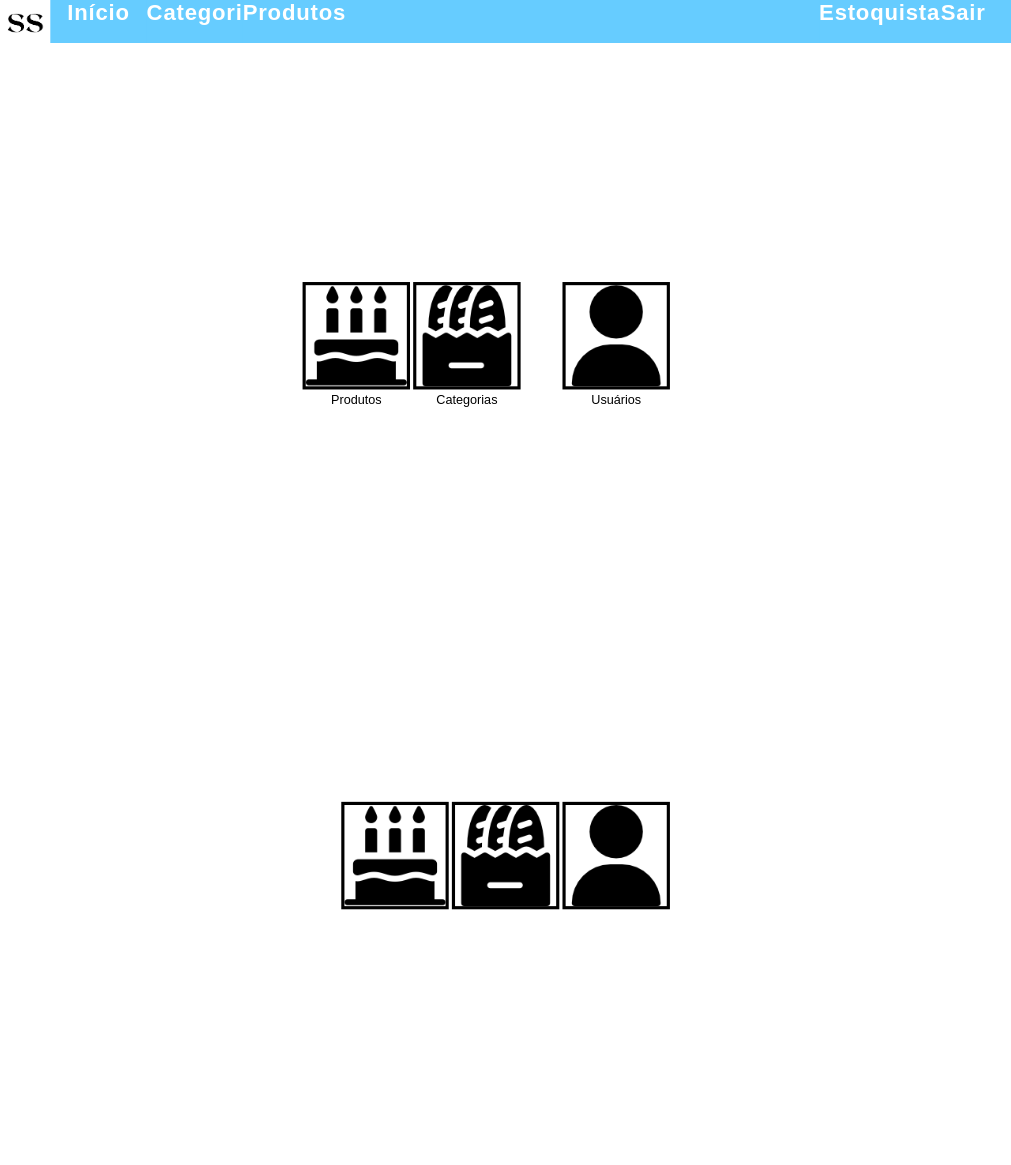
Repository: FaculdadeSenaiJoinville/PiMichelBaade
Page: ProjetoIndividual/WebContent/pages/estoquista/estoquistaInicio.html
These files come from the project's save history. The page is drawn as it stood at one moment and after the next save; the edit follows.
The browser window is 1280 px wide. The pictures show the whole page, at 79% of full size.

Above is the page before, as saved 2021-08-19 00:57:43.

### ProjetoIndividual/WebContent/pages/estoquista/estoquistaInicio.html
<!DOCTYPE html>
<html>
<head>
<meta charset="UTF-8">
	<meta name="description" content="Site da Software dos Sonhos">
	<meta name="keywords" content="Padaria, Software, Sonhos">
	<meta name="author" content="Michel Baade">
	<meta name="viewport" content="width=device-width, initial-scale=1.0">
<title>Software dos Sonhos</title>
<link rel="stylesheet" type="text/css" href="../../css/admin.css">
<script src="https://code.jquery.com/jquery-3.6.0.min.js" integrity="sha256-/xUj+3OJU5yExlq6GSYGSHk7tPXikynS7ogEvDej/m4=" crossorigin="anonymous"></script>
<script src="../../js/estoquista.js"></script>
</head>
<body>
<header></header>



<section>
			<table class="bloco">
				<tr>
					<td><img src="../../imgs/produtos.png" alt="Logo da Software dos Sonhos"><br>
						<a>Produtos</a></td>


						<td><img src="../../imgs/categorias.png" alt="Logo da Software dos Sonhos"><br>
						<a>Categorias</a></td>

					<td class="blococaixa"><img src="../../imgs/usuarios.png"
						alt="Logo da Software dos Sonhos"><br>
						<a>Usuários</a>
						</td>

				</tr>
			</table>
</section>


<section>
<div class="cent">
<img src="../../imgs/produtos.png" alt="Logo da Software dos Sonhos">
<img src="../../imgs/categorias.png" alt="Logo da Software dos Sonhos">
<img src="../../imgs/usuarios.png" alt="Logo da Software dos Sonhos">
</div>

</section>


</body>
</html>

### ProjetoIndividual/WebContent/css/admin.css
@charset "UTF-8";

body{
	margin: 0 auto;
	font-family: "Century Gothic", sans-serif;
}

header{
	height: 55px;
	width: 100%;
	background-color: #66ccff;
	position: sticky;
	position: -webkit -sticky;
	top: 0px;
}

header img{
	float: left;
	height: 55px;
	width: 5%;
}

nav{
	clear: both;
	width: 95%;
	height: 100%;
	display: inline-block;

}

nav a{
	color: white;
	font-weight: bold;
	letter-spacing: 1px;
	text-decoration: none;
	text-align: center;
	margin: auto;
}

nav .opcao{
	float: left;
	width: 10%;
	background-color: #66ccff;
	margin: auto;
	font-size: 28px;
	height: 100%;
	text-align: center;
}

nav .opcao:hover{
	background-color: #008eb6;
}

.blococaixa{
	padding: 50px;
}
.blocoestoquista{
	padding: 50px;
}

nav .direita{
	float: right;
}

.dropdown{
	position: relative;
	display: inline-block;
}

.dropdown-content{
	display: none;
	position: absolute;
	background-color: #66ccff;
	z-index: 1;
	width: 100%;
}

.dropdown-content a{
	display: block;
}


.dropdown-content a:hover{
	background-color: 83afd3;
}

.dropdown:hover .dropdown-content{
	display: block;
}

.bloco{
	text-align: center;
	margin: 0px auto;
}
.baixo{
	padding-left: 60px;
}

section{
	clear: both;
	min-height: 460px;
	width: 100%;
	margin-top: 250px;
	text-align: center;

}

section img{
	border:4px solid #000;
}

.frmInserir, .frmFiltrar{
	margin: 0px auto;
	margin-bottom: 10px;
}


.frmInserir{
	width: 600px;
}

.frmFiltrar{
	width: 350px;
}

.frmInserir label{
	width: 200px;
}

.frmInserir input{
	width: 300px;
	padding: 2px 0;
}

.frmInserir button, .frmFiltrar{
	width: 100px;
	margin: 0 1%;
	background-color: #66ccff;
	font-weight: bold;
	font-size: 16px;
}

.frmInserir .aviso{
	background-color: #ff0000;
	color: #fff;
	font-weight: bold;
}

.listaRegistros{
	margin-bottom: 10px;
}

.listaRegistros table{
	border: 1px solid #000;
	border-collapse: collapse;
	margin: 0 auto;
	min-width: 50%;
}

.listaRegistros table th{
	text-align: center;
	font-size: 18px;
	font-weight: bold;
	color: #fff;
	padding: 0 5px;
	border: transparent;
}

.listaRegistros tr, .listaRegistros td, .listaRegistros th{
	border: 1px solid #B0C4DE;
	padding: 0px 5px;
}

.listaRegistros tr, .listaRegistros td{
	font-size: 16px;
}

.listaRegistros tr:nth-child(even){
	background-color: #b1ccf5;
}

.listaRegistros tr:nth-child(odd){
	background-color: #83afd3;
}

.listaRegistros .acoes{
	width: 70px;
}

.listaRegistros table img{
	padding: 0 5px;
	width: 20px;
	height: 20px;
	cursor: pointer;
}

### ProjetoIndividual/WebContent/js/estoquista.js
SONHOS = new Object();

$(document).ready(function() {
	SONHOS.PATH = "/ProjetoIndividual/rest/";
	$("header").load("/ProjetoIndividual/pages/estoquista/general/header.html");
	$("footer").load("/ProjetoIndividual/pages/estoquista/general/footer.html");


	SONHOS.carregaPagina = function(pagename){

		if($(".ui-dialog"))
			$(".ui-dialog").remove();

		$("section").empty();

		$("section").load(pagename+"/", function(response, status, info) {
			if(status == "error"){
				var msg = "Houve um erro ao encontrar a página: "+ info.status +" - " + info.statusText;
				$("section").html(msg);
			}
		});
	}

	SONHOS.exibirAviso = function(aviso){
		var modal = {
			title: "Mensagem",
			height: 250,
			width: 400,
			modal: true,
			buttons: {
				"OK": function(){
					$(this).dialog("close");
				}
			}
		};
		$("#modalAviso").html(aviso);
		$("#modalAviso").dialog(modal);
	};



});

SONHOS.formatarDinheiro = function(valor){
	return valor.toFixed(2).replace('.',',').replace(/(\d)(?=(\d{3})+\,)/g, "$1.");
}

### ProjetoIndividual/WebContent/pages/estoquista/general/header.html
<img src="../../imgs/logomenor.png" alt="Logo da Software dos Sonhos" id="logomenor">
<nav>
<a href="#"><div class="opcao">Início</div></a>
<a href="#"><div class="opcao">Categorias</div></a>
<a href="#"><div class="opcao">Produtos</div></a>
<a href="#"><div class="opcao direita">Sair</div></a>
<a href="#"><div class="opcao direita">Estoquista</div></a>
</nav>

After the next save:
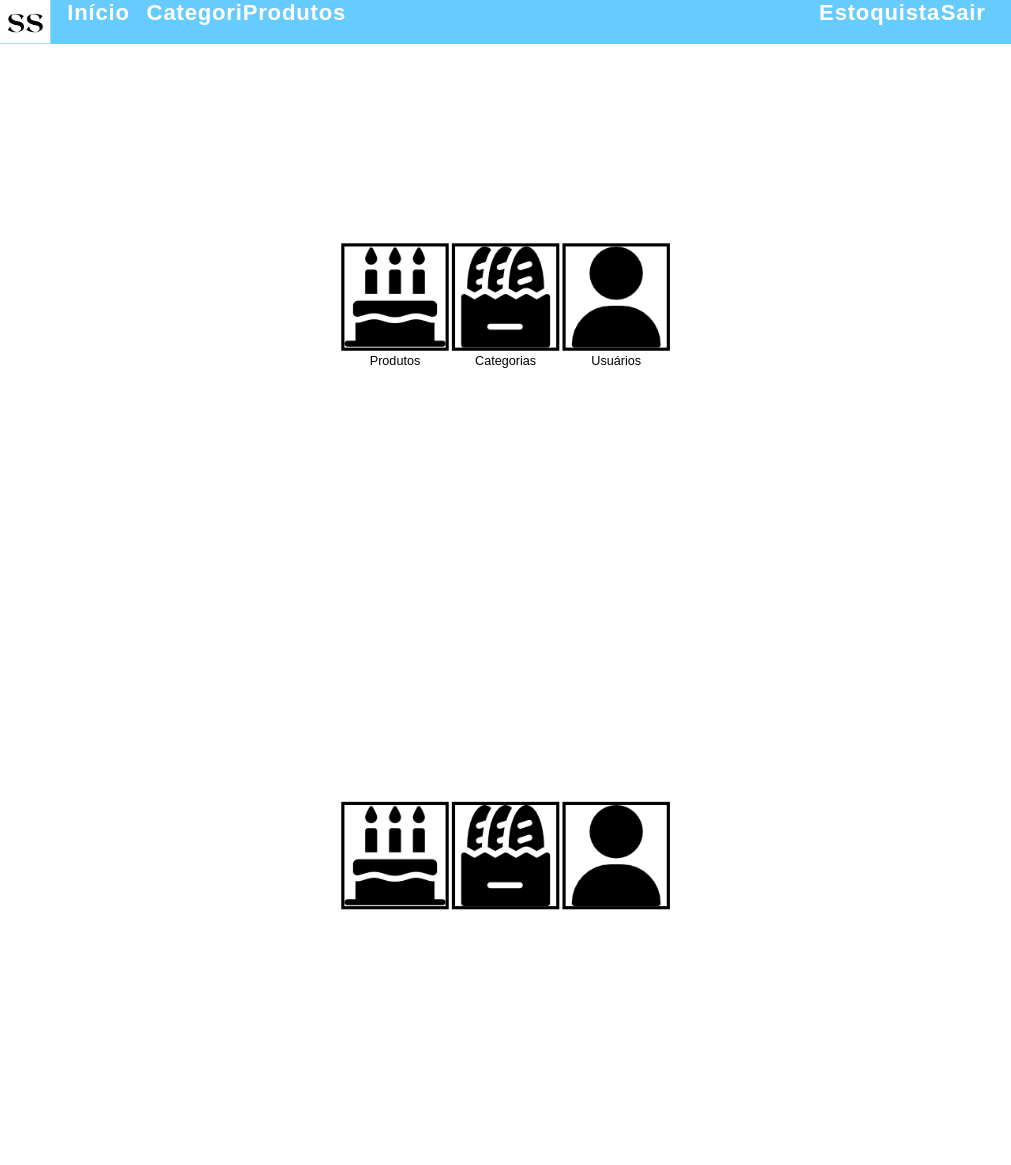
Saved 19 s later.
--- a/ProjetoIndividual/WebContent/pages/estoquista/estoquistaInicio.html
+++ b/ProjetoIndividual/WebContent/pages/estoquista/estoquistaInicio.html
@@ -26,7 +26,7 @@
 						<td><img src="../../imgs/categorias.png" alt="Logo da Software dos Sonhos"><br>
 						<a>Categorias</a></td>
 
-					<td class="blococaixa"><img src="../../imgs/usuarios.png"
+					<td ><img src="../../imgs/usuarios.png"
 						alt="Logo da Software dos Sonhos"><br>
 						<a>Usuários</a>
 						</td>
